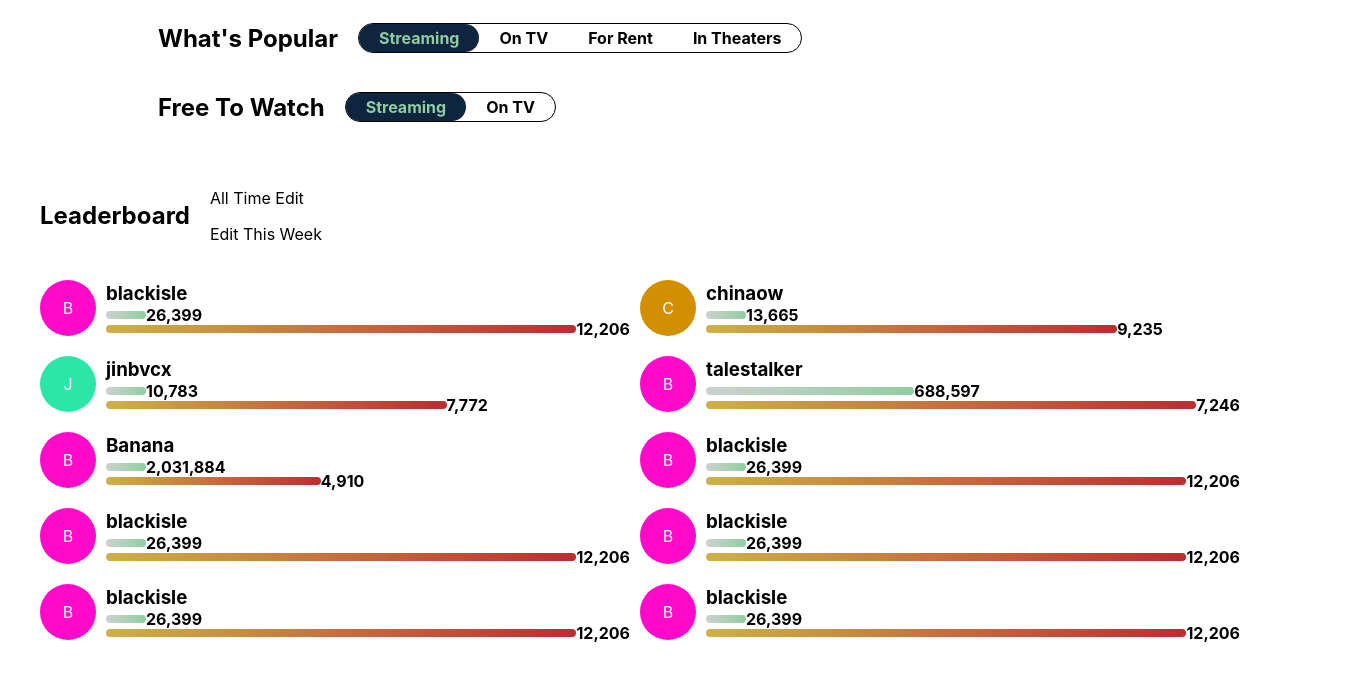
Repository: Fauzaanmhmd/qnpTesFrontend
Page: /
The author's editor kept a copy of each file at every save. The page is drawn from the files as they stood at one save, then again after the next save.
The browser window is 1280 px wide. The page is 1371 px wide, so the pictures cover 1371 px, including what lies to the right of the window. The pictures show the part of the page from y = 364 to 1054 px (the page is 1054 px tall).
The page's requests for data from a server got no answer. The project was rebuilt for these pictures with package versions that can differ from the ones it lists, and the page was loaded fresh each time. The framework's server and built-in components were replaced by stand-ins that run in the browser. No one was signed in, and anything a server would have sent is missing. Also part of the build but not shown: next.config.js, styles/Moviecard.module.scss, pages/components/Moviecard.tsx.

Above is the page before, as saved 2022-03-20 23:14:16.

### pages/index.tsx
import type { NextPage } from 'next'
import styles from '../styles/Home.module.scss'
import Section from './Section'
import { useEffect, useState } from 'react'
import axios from 'axios'
import MovieCard from './components/Moviecard'
import Youtube from 'react-youtube'
import { ReactNode } from 'react'
import Navbar from './components/Navbar'
import Banner from './components/Banner'
import Trailers from './components/Trailers'
import Leaderboard from './Leaderboard'


const Home: NextPage = () => {

  const MOVIE_API = "https://api.themoviedb.org/3"
  const SEARCH_API = MOVIE_API + "search/movie"
  const BACKDROP_PATH = "https://image.tmdb.org/t/p/w1280"
  const API_KEY = "b3802c15c1569a1a0caa6bee01c6f23e"
  const DISCOVER_API = `${MOVIE_API}/discover/movie`

  const [movie, setMovie] = useState({ title: "Loading Movies" })
  const [trailer, setTrailer] = useState(null)
  const [playing, setPlaying] = useState(false)
  const [movies, setMovies] = useState([])
  const [searchKey, setSearchKey] = useState("")

  const [activeTab, setActiveTab] = useState("tab1")
  const [activeTab2, setActiveTab2] = useState("tab5")
  const handleTab1 = () => {
    setActiveTab("tab1")
  }
  const handleTab2 = () => {
    setActiveTab("tab2")
  }
  const handleTab3 = () => {
    setActiveTab("tab3")
  }
  const handleTab4 = () => {
    setActiveTab("tab4")
  }
  const handleTab5 = () => {
    setActiveTab2("tab5")
  }
  const handleTab6 = () => {
    setActiveTab2("tab6")
  }

  useEffect(() => {
    fetchMovies()
  }, [])

  const fetchMovies = async () => {

    const { data } = await axios.get(`${searchKey ? SEARCH_API : DISCOVER_API}`, {
      params: {
        api_key: API_KEY,
        query: searchKey
      }
    })

    console.log(data)
    setMovies(data.results)
  }

  const renderMovies = () => {
    return movies?.map((movie: any) => (
      <MovieCard
        key={movie.id}
        movie={movie}
      />
    ))
  }

  return (
    <div>
      <header>
        <Navbar />
      </header>
      <section className={styles.container}>
        <Banner />
      </section>
      <section className={styles.container}>
        <div className={styles.ColumnWrapper}>
          <div className={styles.ContentWrapper}>
            <div className={styles.Column}>
              <div className={styles.ColumnHeader}>
                <h2>What's Popular</h2>
                <div>
                  <div className={styles.Selector}>
                    <div className={`${styles.Anchor} ${activeTab === "tab1" ? styles.active : ""}`} onClick={handleTab1}>
                      <h3>
                        <a>Streaming</a>
                      </h3>
                    </div>
                    <div className={`${styles.Anchor} ${activeTab === "tab2" ? styles.active : ""}`} onClick={handleTab2}>
                      <h3>
                        <a>On TV</a>
                      </h3>
                    </div>
                    <div className={`${styles.Anchor} ${activeTab === "tab3" ? styles.active : ""}`} onClick={handleTab3}>
                      <h3>
                        <a>For Rent</a>
                      </h3>
                    </div>
                    <div className={`${styles.Anchor} ${activeTab === "tab4" ? styles.active : ""}`} onClick={handleTab4}>
                      <h3>
                        <a>In Theaters</a>
                      </h3>
                    </div>
                  </div>
                </div>
              </div>
              <div className={styles.RenderMovie}>
                {renderMovies()}
              </div>
              <div className={styles.ColumnHeader}>
                <h2>Free To Watch</h2>
                <div>
                  <div className={styles.Selector}>
                    <div className={`${styles.Anchor} ${activeTab2 === "tab5" ? styles.active : ""}`} onClick={handleTab5}>
                      <h3>
                        <a>Streaming</a>
                      </h3>
                    </div>
                    <div className={`${styles.Anchor} ${activeTab2 === "tab6" ? styles.active : ""}`} onClick={handleTab6}>
                      <h3>
                        <a>On TV</a>
                      </h3>
                    </div>
                  </div>
                </div>
              </div>
            </div>
          </div>
        </div>
        <Leaderboard />
      </section>
      {/* <Trailers /> */}
    </div >
  )

}


export default Home

### styles/Home.module.scss
@import "./utils/utils.scss";

.container {
    width: 100%;
    display: flex;
    flex-wrap: wrap;
    align-content: flex-start;
    justify-content: center;
    background-color: #fff;
}

.RenderMovie {
    display: flex;
    align-items: center;
    flex-wrap: nowrap;
    flex-direction: row;
    margin-top: 8px;
    margin: 0 0 0 2rem;
    max-width: 100%;
    overflow-x: auto;
}

.ColumnWrapper {
    width: 100%;
    display: flex;
    justify-content: center;
    align-items: flex-start;
    align-content: flex-start;

    h2 {
        margin-right: 20px;
    }
}

.ContentWrapper {
    max-width: var(--maxPrimaryPageWidth);
    width: 100%;
    display: flex;
    align-items: flex-start;
    align-content: flex-start;
    padding: 0 110px 0 110px;
}

.Column {
    width: 100%;
}

.ColumnHeader {
    display: flex;
    justify-content: flex-start;
    align-items: center;
    align-content: center;
    padding-left: 3rem;
}

.active {
    background-color: $darkblue;
    border-radius: 30px;
    color: $lightgreen;
}

.Selector {
    display: flex;
    justify-content: flex-start;
    align-items: stretch;
    align-content: center;
    border: 1px solid black;
    border-radius: 30px;

    h3 {
        margin: 0;
        padding: 4px 20px;
        display: inline-flex;
        align-content: center;
        align-items: center;
        justify-content: center;
        font-size: 1em;
        margin-bottom: 0;
        white-space: nowrap;

        a {
            cursor: pointer;
        }
    }
}

.Acnhor {
    position: relative;
    top: 0;
    left: 0;
    z-index: 1;
}

### pages/components/Navbar.tsx
import styles from "../../styles/Navbar.module.scss"
import { ImPlus } from "react-icons/im";
import { IoIosNotifications } from "react-icons/io";
import { IoMdSearch } from "react-icons/io";
import { useState } from "react";


const Navbar = () => {
    const [showPlus, setShowPlus] = useState(false)

    const submitPlus = () => {
        setShowPlus(true)
    }

    return (
        <div className={styles.Navbar}>
            <div className={styles.MenuBar}>
                <ul className={styles.NavbarItem}>
                    <li><img src="https://www.themoviedb.org/assets/2/v4/logos/v2/blue_short-8e7b30f73a4020692ccca9c88bafe5dcb6f8a62a4c6bc55cd9ba82bb2cd95f6c.svg" /></li>
                    <li><a>Movies</a>
                        <div className={styles.Submenu}>
                            <ul>
                                <li>Popular</li>
                                <li>Now Playing</li>
                                <li>Upcoming</li>
                                <li>Top Rated</li>
                            </ul>
                        </div>
                    </li>
                    <li><a>TV Shows</a>
                        <div className={styles.Submenu}>
                            <ul>
                                <li>Popular</li>
                                <li>Now Playing</li>
                                <li>Upcoming</li>
                                <li>Top Rated</li>
                            </ul>
                        </div>
                    </li>
                    <li><a>People</a>
                        <div className={styles.Submenu}>
                            <ul>
                                <li>Popular</li>
                            </ul>
                        </div>
                    </li>
                    <li><a>More</a>
                        <div className={styles.Submenu}>
                            <ul>
                                <li>Discussion</li>
                                <li>Leaderbord</li>
                                <li>Support</li>
                                <li>API</li>
                            </ul>
                        </div>
                    </li>
                </ul>
            </div>
            <div className={styles.MenuBar}>
                <ul className={styles.NavbarIcon}>
                    <li><a onClick={submitPlus}><ImPlus /></a>
                        {
                            showPlus &&
                            <div className={styles.Submenu}>
                                <ul>
                                    <li>Add New Movie</li>
                                    <li>Add New Movie</li>
                                </ul>
                            </div>
                        }
                    </li>
                    <li><a>EN</a>
                        <div className={styles.Submenu}>
                            <ul>
                                <li>Add New Movie</li>
                                <li>Add New Movie</li>
                            </ul>
                        </div>
                    </li>
                    <li className={styles.SubIcon}><a><IoIosNotifications /></a>
                        <div className={styles.Submenu}>
                            <ul>
                                <li><p>Unread Notifications</p></li>
                            </ul>
                        </div>
                    </li>
                    <li className={styles.SubIcon}><a><IoMdSearch /></a>
                        <div className={styles.Submenu}>
                            <ul>
                                <li><p>Unread Notifications</p></li>
                            </ul>
                        </div>
                    </li>
                </ul>
            </div>
        </div>
    )
}

export default Navbar

### pages/components/Banner.tsx
import styles from "../../styles/Banner.module.scss"

const Banner = () => {
    return (
        <div className={styles.container}>
            <div className={styles.BannerImg}>
                <img src="https://www.themoviedb.org/t/p/w1920_and_h600_multi_faces_filter(duotone,032541,01b4e4)/sfjqJDmNqMIImO5khiddb9TARvO.jpg" />
            </div>
            <div className={styles.MediaWrap}>
                <div className={styles.title}>
                    <h1>Welcome</h1>
                    <h2>Millions of movies, TV shows and people to discover. Explore now.</h2>
                    <form>
                        <label>
                            <input className={styles.inputSearch} type="text" placeholder="Seach for a movie, tv show, person....." />
                            <input className={styles.inputSubmit} type="submit" value="Search" />
                        </label>
                    </form>
                </div>
            </div>
        </div>
    )
}

export default Banner

### styles/utils/utils.scss
@import "./color.scss";

### styles/utils/color.scss
$lightgreen : #90cea1;
$white: #FFFFFF;
$lightblue: #01b4e4;
$darkblue: #0d253f;
$pink: #ff09ca;
$lightergreen: #ced1cf ;
$logoorange: #cfb049 ;
$logored: #b92e2e;
$accountTeal: #2ce6a8;

### styles/Navbar.module.scss
@import "./utils/utils.scss";

.Navbar {
    display: flex;
    justify-content: space-between;
    background-color: $darkblue;
    width: 100%;
    height: 4rem;
    align-items: center;
    padding: 0 6rem 0 6rem;
}

.MenuBar {
    text-align: center;
}

.MenuBar ul {
    display: inline-flex;
    list-style: none;
}

.MenuBar ul li {
    padding: 1rem;
}

.NavbarItem {
    display: flex;

    img {
        width: 154px;
        height: 20px;
    }
}

.NavbarIcon {
    display: flex;
    justify-content: center;
}

.SubIcon {
    a {
        svg {
            width: 24px;
            height: 24px;
        }
    }
}

.Submenu {
    display: none;
}

.MenuBar ul li:hover .Submenu {
    display: block;
    position: absolute;
    background-color: $white;
    margin-top: 10px;
    margin-left: -15px;
    width: 13rem;
}

.Submenu {
    li {
        cursor: pointer;
    }
}

.MenuBar li a {
    cursor: pointer;
    text-decoration: none;
    color: $white;
}

.MenuBar ul li:hover .Submenu ul {
    display: block;
    margin: 10px;
}

.MenuBar ul li:hover .Submenu ul {
    padding: 5px;
    background: transparent;
    text-align: left;
}

### styles/Banner.module.scss
@import "./utils/utils.scss";

.container {
    display: flex;
    flex-wrap: wrap;
    justify-content: center;
    width: 100%;
    box-sizing: border-box;
}

.BannerImg {
    img {
        width: 1300px;
        height: 300px;
    }
}

.MediaWrap {
    width: 100%;
    display: flex;
    align-items: flex-start;
    align-content: flex-start;
    padding-left: 10rem;
    padding-top: 4rem;
    position: absolute;
}

.title {
    color: $white;
    h1 {
        margin-bottom: 0;
    }

    h2 {
        margin-top: 0;
    }

    form {
        margin-top: 30px;
        position: relative;
        top: 0;
        left: 0;
    }
}


.inputSearch {
    height: 46px;
    width: 1210px;
    height: 46px;
    line-height: 46px;
    font-size: 1.1em;
    color: rgba(0,0,0,0.5);
    border: none;
    border-radius: 30px;
    padding: 10px 20px;
    outline: none;
}

.inputSubmit {
    display: inline-flex;
    justify-content: center;
    align-content: center;
    align-items: center;
    height: 46px;
    padding: 10px 26px;
    border: none;
    background: $lightblue;
    border-radius: 30px;
    position: absolute;
    top: 0;
    right: -1px;
    color: #fff;
    cursor: pointer;
}

### styles/Leaderboard.module.scss
@import "./utils/utils.scss";

.Container {
    width: 1300px;
    display: flex;
    justify-content: center;
}

.ColumnWrapper {
    width: 100%;
    display: flex;
    align-items: flex-start;
    align-content: flex-start;
    padding-left: 40px;
    padding-right: 40px;
    padding-top: 30px;
    padding-bottom: 30px
}

.Column {
    width: 100%;
}

.ColumnHeader {
    display: flex;
    justify-content: flex-start;
    align-items: center;
    align-content: center;

    h2 {
        margin-right: 20px;
        white-space: nowrap;
    }
}

.HeaderEdit {
    display: block;
}

.Content {
    padding-top: 20px;
}

.Leaderboard {
    width: 100%;
    margin: 0;
    padding: 0;
    list-style-type: none;
    list-style-position: inside;
    display: flex;
    flex-wrap: wrap;

    li {
        padding: 0;
        margin: 0;
        display: flex;
        align-items: center;
        align-content: center;
        width: 50%;
        margin-bottom: 20px;
    }
}

.Leaderboard li:nth-child(odd) {
    padding-right: 10px;
}

.avatar {
    min-width: 56px;
    width: 56px;
    height: 56px;
    margin-right: 10px;
    display: flex;
    justify-content: center;
    align-items: center;
    background-color: $pink;
    border-radius: 50%;

    span {
        color: $white;
    }
}

.avatarJ {
    min-width: 56px;
    width: 56px;
    height: 56px;
    margin-right: 10px;
    display: flex;
    justify-content: center;
    align-items: center;
    background-color: $accountTeal;
    border-radius: 50%;

    span {
        color: $white;
    }
}

.avatarC {
    min-width: 56px;
    width: 56px;
    height: 56px;
    margin-right: 10px;
    display: flex;
    justify-content: center;
    align-items: center;
    background-color: #D29001;
    border-radius: 50%;

    span {
        color: $white;
    }
}

.data {
    width: 100%;
    display: flex;
    align-items: center;
    align-content: center;
    flex-wrap: wrap;

    h3 {
        margin: 0;
        padding: 0;
        color: #000;
    }
}

.meter {
    width: 100%;
    height: 8px;
    display: flex;
    align-items: center;
    align-content: center;
    margin-top: 6px;
}

.gauge {
    height: 100%;
    min-width: 40px;
    border-radius: 4px;
    background: linear-gradient(to right, $lightergreen, $lightgreen);
}

.gaugeT {
    height: 100%;
    width: 39%;
    border-radius: 4px;
    background: linear-gradient(to right, $lightergreen, $lightgreen);
}

.gaugeB {
    height: 100%;
    min-width: 40px;
    border-radius: 4px;
    background: linear-gradient(to right, $lightergreen, $lightgreen);
}


.meterThisWeek {
    width: 100%;
    height: 8px;
    display: flex;
    align-items: center;
    align-content: center;
    margin-top: 6px;
}

.gaugeThisWeek {
    width: 100%;
    height: 100%;
    min-width: 40px;
    border-radius: 4px;
    background: linear-gradient(to right, $logoorange, $logored);
}

.gaugeThisWeekJ {
    width: 65%;
    height: 100%;
    min-width: 40px;
    border-radius: 4px;
    background: linear-gradient(to right, $logoorange, $logored);
}

.gaugeThisWeekC {
    width: 77%;
    height: 100%;
    min-width: 40px;
    border-radius: 4px;
    background: linear-gradient(to right, $logoorange, $logored);
}

.gaugeThisWeekB {
    width: 41%;
    height: 100%;
    min-width: 40px;
    border-radius: 4px;
    background: linear-gradient(to right, $logoorange, $logored);
}

Loaded but not shown: pages/_app.tsx (common file); styles/globals.scss (common file); pages/Leaderboard.tsx (245 lines, source omitted)

After the next save:
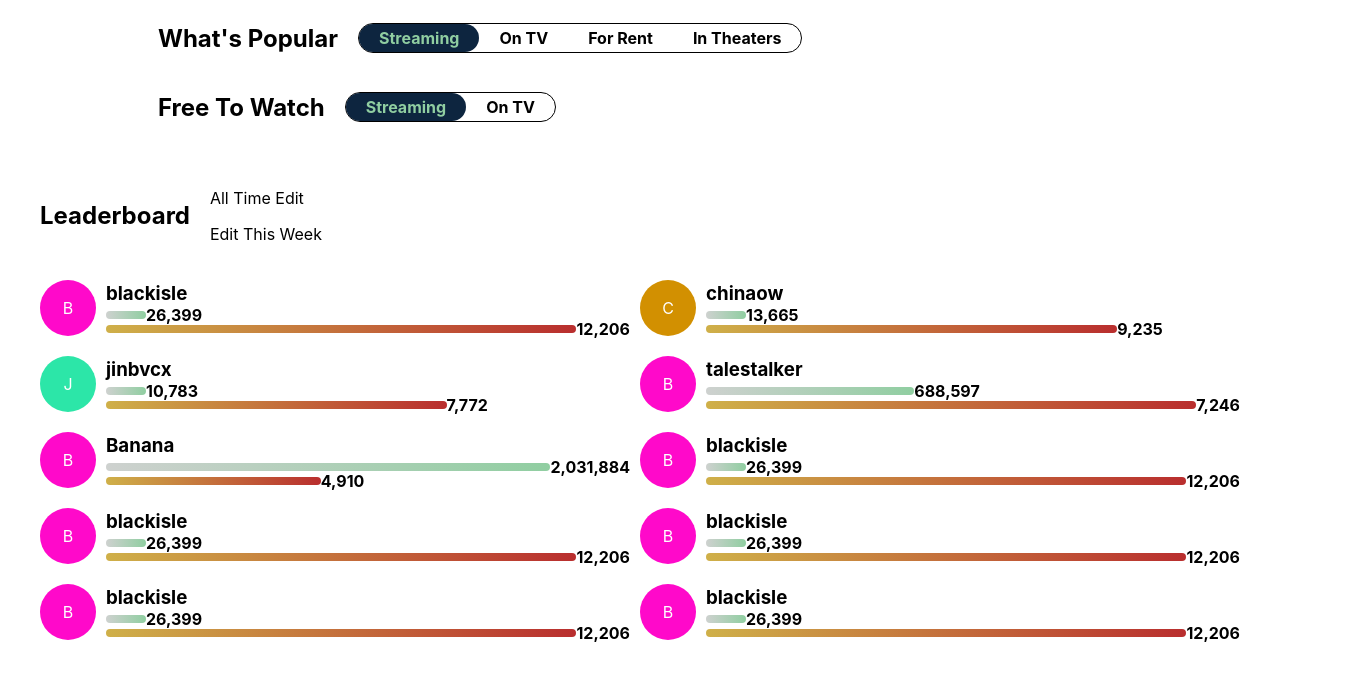
Saved 31 s later.
--- a/styles/Leaderboard.module.scss
+++ b/styles/Leaderboard.module.scss
@@ -152,7 +152,7 @@
 
 .gaugeB {
     height: 100%;
-    min-width: 40px;
+    width: 100%;
     border-radius: 4px;
     background: linear-gradient(to right, $lightergreen, $lightgreen);
 }
